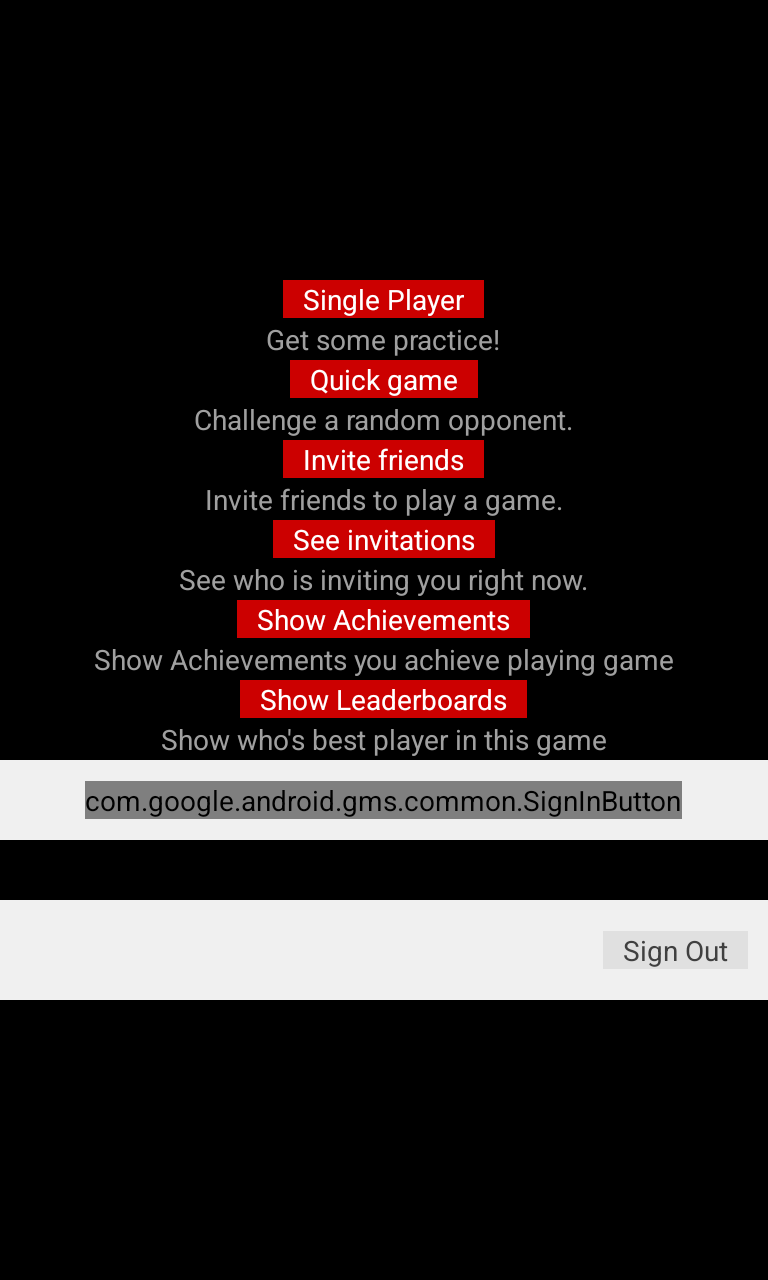
Repository: krzysztofswist/MyGame
Layout: MyGame/res/layout/fragment_mainmenu.xml
An editor plug-in stored every save of this project. The layout is shown before and after the next save, followed by the edit.
Pictures or frames that could not be fetched are drawn as grey boxes. It is drawn on a 768 x 1280 px phone screen (xhdpi) without system bars, with theme android:Theme; the app's code is not run.

Above is the layout before, as saved 2014-02-07 09:15:41.

After the next save:
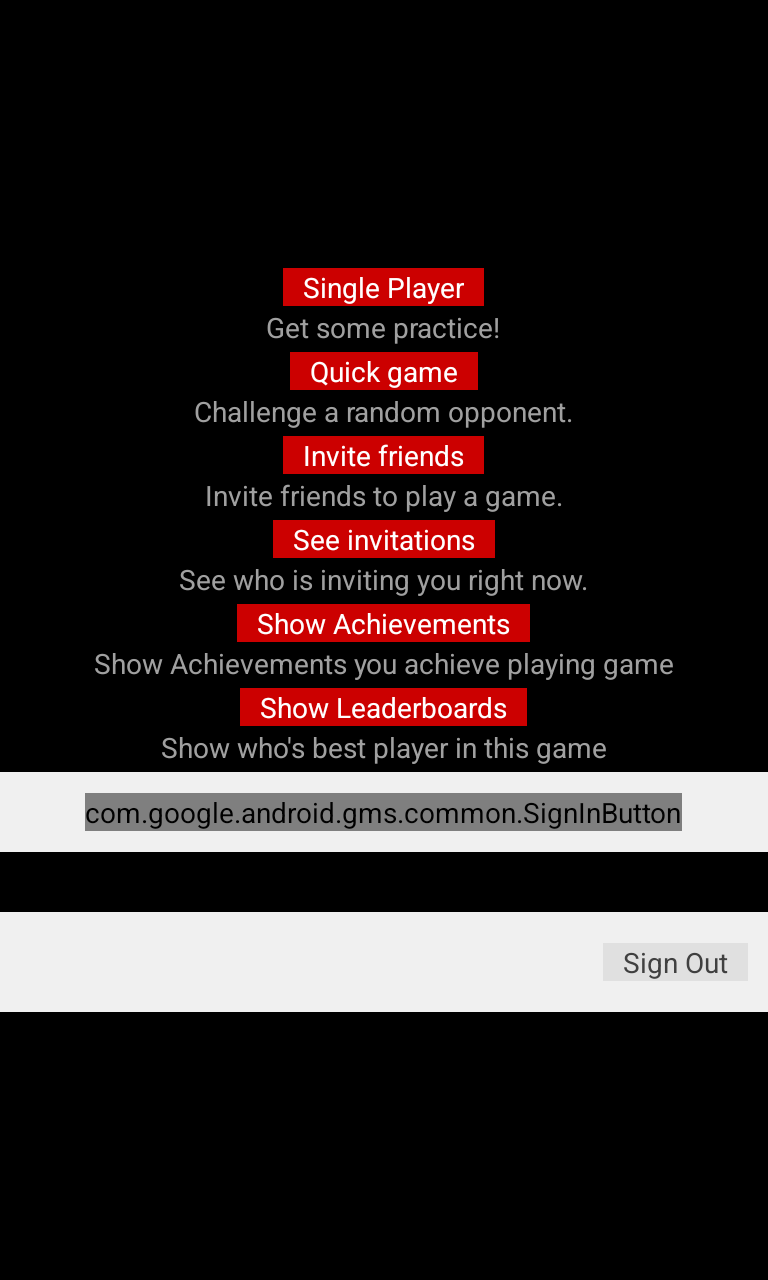
Saved 35 s later.
--- a/MyGame/res/values/styles.xml
+++ b/MyGame/res/values/styles.xml
@@ -97,7 +97,7 @@
     </style>
 
     <style name="MainScreenButtonBlurb" parent="@style/GameBlurb">
-        <item name="android:layout_marginBottom">1dp</item>
+        <item name="android:layout_marginBottom">3dp</item>
     </style>
 
     <style name="InvPopupText">
